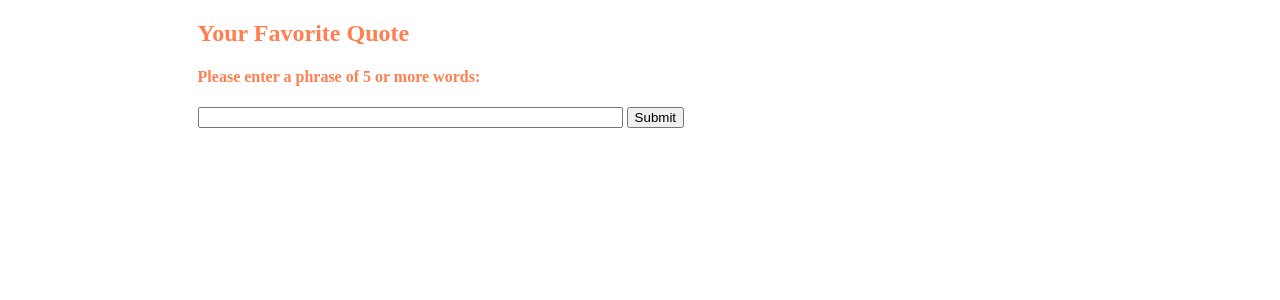
Repository: oduong1/COSW30
Page: http://localhost/homework/hw4/quote.php
The author's editor kept a record of every edit. The page is drawn from the files as they stood at one moment, then again after the next edit.
The browser window is 1280 px wide. The pictures show the whole page.
The page is run by PHP 8.4 with error messages shown; the project is at /var/www/html/.

Above is the page before.

After the next edit:
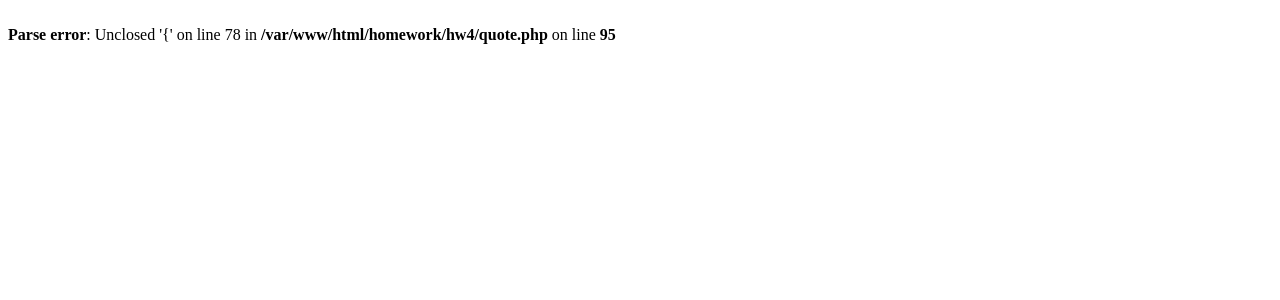
The edit:
--- a/homework/hw4/quote.php
+++ b/homework/hw4/quote.php
@@ -16,7 +16,70 @@
     </head>
     <body>
 
-            <container id="center">
+    <?php
+    // look at chapter 2 for arrays
+if ($_SERVER['REQUEST_METHOD'] == 'POST') {
+    $phrase = $_POST['phrase'];
+
+    $words_array = explode(' ', $phrase); // converts string to array
+
+    $word_count = count($words_array);
+
+    echo "<p>These are the $word_count words you entered:</p>";
+      echo "<ul>";
+    foreach($words_array as $key => $value){
+        echo"<li>$value</li>";
+     }
+        echo "</ul>";
+
+    asort($words_array); // sort alphabetically
+
+    echo '<p>Here are your words in alphabetical order:</p>';
+    echo "<ul>";
+    foreach($words_array as $key => $value){
+        echo "<li>$value</li>";
+    }
+        echo "</ul>";
+
+
+    rsort($words_array);
+    echo '<p>Here are your words in reverse alphabetical order:</p>';
+     echo "<ul>";
+    foreach($words_array as $key => $value){
+        echo "<li>$value</li>";
+    }
+       echo "</ul>";
+
+    array_push($words_array, "Life", "is", "beautiful!");
+
+    $word_count = count($words_array);
+        echo "<p>I added a few words. Here are the $word_count words:</p>";
+     echo "<ul>";
+    foreach($words_array as $key => $value){
+        echo "<li>$value</li>";
+    }
+       echo "</ul>";
+
+    // for ($i = 0; $i <3; $i++) {
+    //   array_shift($words_array[$i]);
+    // }
+    array_shift($words_array);
+    array_shift($words_array);
+    array_shift($words_array);
+
+    $word_count = count($words_array);
+        echo "<p>First three words are removed. Here are the $word_count words:</p>";
+     echo "<ul>";
+    foreach($words_array as $key => $value){
+        echo "<li>$value</li>";
+    }
+       echo "</ul>";
+}
+else {
+    ?>
+
+
+    <container id="center">
     <h2>Your Favorite Quote</h2>
         <form action="quote_process.php" method="POST">
 
